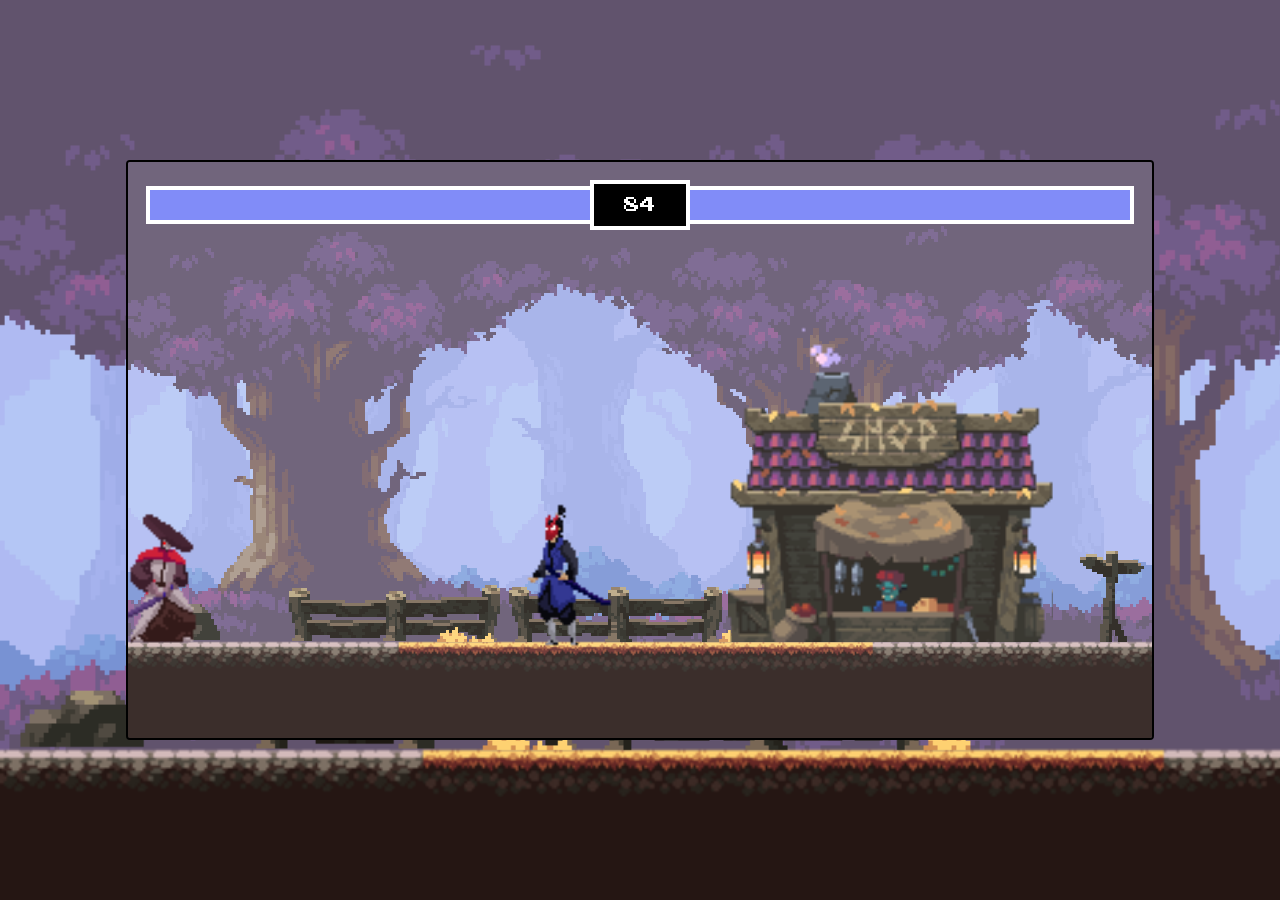
Repository: LuizAGDomingues/js-fighting-game
Page: index.html
The author's editor kept a copy of each file at every save. The page is drawn from the files as they stood at one save, then again after a run of saves.
The browser window is 1280 px wide. The pictures show the whole page.

Above is the page before, as saved 2022-12-24 13:17:45.

### index.html
<!DOCTYPE html>
<html lang="en">
  <head>
    <meta charset="UTF-8" />
    <link rel="icon" type="image/svg+xml" href="./images/Logo.jpg" />
    <link rel="preconnect" href="https://fonts.googleapis.com" />
    <link rel="preconnect" href="https://fonts.gstatic.com" crossorigin />
    <link href="https://fonts.googleapis.com/css2?family=Press+Start+2P&display=swap" rel="stylesheet" />
    <link href="./src/css/battle.css" rel="stylesheet" />
    <meta name="viewport" content="width=device-width, initial-scale=1.0" />
    <title>Figthing Game</title>
  </head>
  <body>
    <div class="content">
      <div class="life-bars">
        <!-- player health -->
        <div class="playerHealth-content">
          <div class="playerHealth-aux"></div>
          <div id="playerHealth" class="playerHealth-bar"></div>
        </div>
        <!-- timer -->
        <div id="timer" class="timer">10</div>
        <!-- enemy health -->
        <div class="enemyHealth-content">
          <div class="enemyHealth-aux"></div>
          <div id="enemyHealth" class="enemyHealth-bar"></div>
        </div>
      </div>
      <div id="displayText" class="result">Tie</div>
      <canvas style="border-radius: 4px; border: 2px solid black;"></canvas>
    </div>
    <script
      src="https://cdnjs.cloudflare.com/ajax/libs/gsap/3.11.3/gsap.min.js"
      integrity="sha512-gmwBmiTVER57N3jYS3LinA9eb8aHrJua5iQD7yqYCKa5x6Jjc7VDVaEA0je0Lu0bP9j7tEjV3+1qUm6loO99Kw=="
      crossorigin="anonymous"
      referrerpolicy="no-referrer"
    ></script>
    <script src="./src/utils.js"></script>
    <script src="./src/classes.js"></script>
    <script src="./src/main.js"></script>
  </body>
</html>

### src/css/battle.css
* {
  box-sizing: border-box;
  font-family: 'Press Start 2P', sans-serif;
}

body {
  width: 100%;
  height: 100%;
  display: flex;
  justify-content: center;
  margin: 10rem 0;
  overflow: hidden;
  background-image: url(../../images/background.png);
  background-repeat: no-repeat;
  background-size: cover;
}

.content {
  position: relative;
  display: inline-block;
}

.life-bars {
  position: absolute;
  display: flex;
  width: 100%;
  align-items: center;
  padding: 20px;
}

.playerHealth-content {
  position: relative;
  width: 100%;
  display: flex;
  justify-content: flex-end;
  border-top: 4px solid white;
  border-left: 4px solid white;
  border-bottom: 4px solid white;
}

.playerHealth-aux {
  background-color: red;
  height: 30px;
  width: 100%;
}

.playerHealth-bar {
  position: absolute;
  background: #818CF8;
  top: 0;
  right: 0;
  bottom: 0;
  width: 100%;
}

.timer {
  background-color: black;
  width: 100px;
  height: 50px;
  flex-shrink: 0;
  display: flex;
  align-items: center;
  justify-content: center;
  color: white;
  border: 4px solid white;
}

.enemyHealth-content {
  position: relative;
  width: 100%;
  border-top: 4px solid white;
  border-right: 4px solid white;
  border-bottom: 4px solid white;
}

.enemyHealth-aux {
  background-color: red;
  height: 30px;
}

.enemyHealth-bar {
  position: absolute;
  background: #818CF8;
  top: 0;
  right: 0;
  bottom: 0;
  left: 0;
}

.result {
  position: absolute;
  color: white;
  align-items: center;
  justify-content: center;
  top: 0;
  right: 0;
  bottom: 0;
  left: 0;
  display: none;
}

### src/utils.js
function rectangularCollision({ rectangle1, rectangle2 }) {
  return (
    rectangle1.attackBox.position.x + rectangle1.attackBox.width >= rectangle2.position.x
    && rectangle1.attackBox.position.x <= rectangle2.position.x + rectangle2.width
    && rectangle1.attackBox.position.y + rectangle1.attackBox.height >= rectangle2.position.y
    && rectangle1.attackBox.position.y <= rectangle2.position.y + rectangle2.height
  )
};

function determineWinner({player, enemy, timerId}) {
  clearTimeout(timerId)
  document.querySelector('#displayText').style.display = 'flex'
  if(player.health === enemy.health) {
    document.querySelector('#displayText').innerHTML = 'Tie'
  } else if (player.health > enemy.health) {
    document.querySelector('#displayText').innerHTML = 'Player 1 wins'
  } else if (player.health < enemy.health) {
    document.querySelector('#displayText').innerHTML = 'Player 2 wins'
  }
};

### src/classes.js
class Sprite {
  constructor({position, imageSrc, scale = { x: 1, y: 1 }, framesMax = 1, offset = { x: 0, y: 0 }}) {
    this.position = position
    this.image = new Image()
    this.image.src = imageSrc
    this.scale = scale
    this.framesMax = framesMax
    this.framesCurrent = 0
    this.framesElapsed = 0
    this.framesHold = 5
    this.offset = offset
  }

  draw() {
    c.drawImage(
      this.image,
      this.framesCurrent * (this.image.width / this.framesMax),
      0,
      this.image.width / this.framesMax,
      this.image.height,
      this.position.x - this.offset.x,
      this.position.y - this.offset.y,
      (this.image.width / this.framesMax) * this.scale.x,
      this.image.height * this.scale.y
    )
  }

  animateFrames() {
    this.framesElapsed++
    if(this.framesElapsed % this.framesHold === 0) {
      if(this.framesCurrent < this.framesMax - 1) {
        this.framesCurrent++
      } else {
        this.framesCurrent = 0
      }
    }
  }

  update() {
    this.draw()
    this.animateFrames()
  }
}

class Fighter extends Sprite {
  constructor({
    position,
    velocity,
    color = 'red',
    imageSrc,
    scale = { x: 1, y: 1 },
    framesMax = 1,
    offset = { x: 0, y: 0 },
    sprites,
    attackBox = { offset: {}, width: undefined, height: undefined }
  }) {
    super({
      position,
      imageSrc,
      scale,
      framesMax,
      offset
    })

    this.velocity = velocity
    this.width = 50
    this.height = 150
    this.lastKey
    this.attackBox = {
      position: {
        x: this.position.x,
        y: this.position.y
      },
      offset: attackBox.offset,
      width: attackBox.width,
      height: attackBox.height
    }
    this.color = color
    this.isAttacking
    this.isFacingRight = false
    this.health = 100
    this.framesCurrent = 0
    this.framesElapsed = 0
    this.framesHold = 5
    this.sprites = sprites
    this.dead = false

    for (const sprite in this.sprites) {
      sprites[sprite].image = new Image()
      sprites[sprite].image.src = sprites[sprite].imageSrc
    }
  }

  update() {
    this.draw()
    if(!this.dead) this.animateFrames()

    this.attackBox.position.x = this.position.x + this.attackBox.offset.x
    this.attackBox.position.y = this.position.y + this.attackBox.offset.y

    // Draw the attack box
    //c.fillRect(this.attackBox.position.x, this.attackBox.position.y, this.attackBox.size.width, this.attackBox.height)

    this.position.x += this.velocity.x
    this.position.y += this.velocity.y

    // gravity function
    if(this.position.y + this.height + this.velocity.y >= canvas.height - 96) {
      this.velocity.y = 0
      this.position.y = 330
    } else this.velocity.y += gravity

  }

  attack() {
    if(this.image === this.sprites.takeHit.image || this.image === this.sprites.death.image) {
      return
    } else {
      this.switchSprite('attack1')
      this.isAttacking = true
    }
  }

  takeHit() {
    this.health -= 20
    if(this.health <= 0) {
      this.switchSprite('death')
    } else {
      this.switchSprite('takeHit')
    }
  }

  switchSprite(sprite) {
    if(this.image === this.sprites.death.image) {
      if(this.framesCurrent === this.sprites.death.framesMax - 1)
        this.dead = true
      return
    }
    // overriding all other animations with the attack animation
    if(
      this.image === this.sprites.attack1.image &&
      this.framesCurrent < this.sprites.attack1.framesMax - 1
    ) return
    // overriding when figther gets hit
    if(
      this.image === this.sprites.takeHit.image &&
      this.framesCurrent < this.sprites.takeHit.framesMax - 1
    ) return

    switch(sprite) {
      case 'idle':
        if(this.image !== this.sprites.idle.image) {
          this.image = this.sprites.idle.image
          this.framesMax = this.sprites.idle.framesMax
          this.framesCurrent = 0
        }
        break
      case 'run':
        if(this.image !== this.sprites.run.image) {
          this.image = this.sprites.run.image
          this.framesMax = this.sprites.run.framesMax
          this.framesCurrent = 0
        }
        break
      case 'jump':
        if(this.image !== this.sprites.jump.image) {
          this.image = this.sprites.jump.image
          this.framesMax = this.sprites.jump.framesMax
          this.framesCurrent = 0
        }
        break
      case 'fall':
        if(this.image !== this.sprites.fall.image) {
          this.image = this.sprites.fall.image
          this.framesMax = this.sprites.fall.framesMax
          this.framesCurrent = 0
        }
        break
      case 'attack1':
        if(this.image !== this.sprites.attack1.image) {
          this.image = this.sprites.attack1.image
          this.framesMax = this.sprites.attack1.framesMax
          this.framesCurrent = 0
        }
        break
      case 'takeHit':
        if(this.image !== this.sprites.takeHit.image) {
          this.image = this.sprites.takeHit.image
          this.framesMax = this.sprites.takeHit.framesMax
          this.framesCurrent = 0
        }
        break
      case 'death':
        if(this.image !== this.sprites.death.image) {
          this.image = this.sprites.death.image
          this.framesMax = this.sprites.death.framesMax
          this.framesCurrent = 0
        }
        break
    }
  }
}

### src/main.js
const canvas = document.querySelector('canvas');
const c = canvas.getContext('2d');

canvas.width = 1024
canvas.height = 576

c.fillRect(0, 0, canvas.width, canvas.height)

const gravity = .7

var gameIsOver = false

const background = new Sprite({
  position: {
    x: 0,
    y: 0
  },
  imageSrc: '../images/background.png'
})

const shop = new Sprite({
  position: {
    x: 600,
    y: 128
  },
  imageSrc: '../images/shop.png',
  scale: {
    x: 2.75,
    y: 2.75
  },
  framesMax: 6
})

const player = new Fighter({
  position: {
    x: 0,
    y: 0
  },
  velocity: {
    x: 0,
    y: 0
  },
  offset: {
    x: 0,
    y: 0
  },
  imageSrc: '../images/samuraiMack/Idle.png',
  framesMax: 8,
  scale: {
    x: 2.5,
    y: 2.5
  },
  offset: {
    x: 215,
    y: 155
  },
  sprites: {
    idle: {
      imageSrc: '../images/samuraiMack/Idle.png',
      framesMax: 8
    },
    run: {
      imageSrc: '../images/samuraiMack/Run.png',
      framesMax: 8
    },
    jump: {
      imageSrc: '../images/samuraiMack/Jump.png',
      framesMax: 2
    },
    fall: {
      imageSrc: '../images/samuraiMack/Fall.png',
      framesMax: 2
    },
    attack1: {
      imageSrc: '../images/samuraiMack/Attack1.png',
      framesMax: 6
    },
    takeHit: {
      imageSrc: '../images/samuraiMack/Take Hit.png',
      framesMax: 4
    },
    death: {
      imageSrc: '../images/samuraiMack/Death.png',
      framesMax: 6
    }
  },
  attackBox: {
    offset: {
      x: 100,
      y: 50
    },
    width: 140,
    height: 50
  }
})

const enemy = new Fighter({
  position: {
    x: 400,
    y: 100
  },
  velocity: {
    x: 0,
    y: 0
  },
  color: 'blue',
  offset: {
    x: -50,
    y: 0
  },
  imageSrc: '../images/kenji/Idle.png',
  framesMax: 4,
  scale: {
    x: 2.5,
    y: 2.5
  },
  offset: {
    x: 215,
    y: 167
  },
  sprites: {
    idle: {
      imageSrc: '../images/kenji/Idle.png',
      framesMax: 4
    },
    run: {
      imageSrc: '../images/kenji/Run.png',
      framesMax: 8
    },
    jump: {
      imageSrc: '../images/kenji/Jump.png',
      framesMax: 2
    },
    fall: {
      imageSrc: '../images/kenji/Fall.png',
      framesMax: 2
    },
    attack1: {
      imageSrc: '../images/kenji/Attack1.png',
      framesMax: 4
    },
    takeHit: {
      imageSrc: '../images/kenji/Take hit.png',
      framesMax: 3
    },
    death: {
      imageSrc: '../images/kenji/Death.png',
      framesMax: 7
    }
  },
  attackBox: {
    offset: {
      x: -170,
      y: 50
    },
    width: 170,
    height: 50
  }
})

const keys = {
  a: {
    pressed: false
  },
  d: {
    pressed: false
  },
  ArrowRight: {
    pressed: false
  },
  ArrowLeft: {
    pressed: false
  }
}

// Timer actions
let timer = 90
let timerId
function decreaseTimer() {
  if(timer > 0) {
    timerId = setTimeout(decreaseTimer, 1000)
    timer--
    document.querySelector('#timer').innerHTML = timer
  }
  if(timer === 0) {
    determineWinner({player, enemy, timerId})
    gameIsOver = true
  }
};
decreaseTimer();

function animate() {
  window.requestAnimationFrame(animate)
  c.fillStyle = 'black'
  c.fillRect(0, 0, canvas.width, canvas.height)
  background.update()
  shop.update()
  c.fillStyle = 'rgba(255, 255, 255, 0.1)'
  c.fillRect(0, 0, canvas.width, canvas.height)
  player.update()
  enemy.update()

  player.velocity.x = 0
  enemy.velocity.x = 0

  // player movement
  if(keys.a.pressed && player.lastKey === 'a' && player.position.x >= 0 && player.image != player.sprites.attack1.image) {
    player.velocity.x = -5
    player.switchSprite('run')
  } else if(keys.d.pressed && player.lastKey === 'd' && player.position.x <= canvas.width - 60 && player.image != player.sprites.attack1.image) {
    player.velocity.x = 5
    player.switchSprite('run')
  } else {
    player.switchSprite('idle')
  }
  // player jumping
  if(player.velocity.y < 0) {
    player.switchSprite('jump')
  } else if(player.velocity.y > 0) {
    player.switchSprite('fall')
  }

  // enemy movement
  if(keys.ArrowLeft.pressed && enemy.lastKey === 'ArrowLeft' && enemy.position.x >= 0) {
    enemy.velocity.x = -5
    enemy.switchSprite('run')
  } else if(keys.ArrowRight.pressed && enemy.lastKey === 'ArrowRight' && enemy.position.x <= canvas.width - 50) {
    enemy.velocity.x = 5
    enemy.switchSprite('run')
  } else {
    enemy.switchSprite('idle')
  }
  // enemy jumping
  if(enemy.velocity.y < 0) {
    enemy.switchSprite('jump')
  } else if(enemy.velocity.y > 0) {
    enemy.switchSprite('fall')
  }

  // detect for collision & enemy is hit
  if(rectangularCollision({rectangle1: player, rectangle2: enemy}) && player.isAttacking && player.framesCurrent === 4) {
    enemy.takeHit()
    player.isAttacking = false
    gsap.to('#enemyHealth', {
      width: enemy.health + '%'
    })
  }

  //if player misses enemy
  if(player.isAttacking && player.framesCurrent === 4) {
    player.isAttacking = false
  }

  // detect for collision & player is hit
  if(rectangularCollision({rectangle1: enemy, rectangle2: player}) && enemy.isAttacking && enemy.framesCurrent === 2) {
    player.takeHit()
    enemy.isAttacking = false
    gsap.to('#playerHealth', {
      width: player.health + '%'
    })
  }

  //if enemy misses enemy
  if(enemy.isAttacking && enemy.framesCurrent === 2) {
    enemy.isAttacking = false
  }

  // end game base on health
  if(enemy.health <= 0 || player.health <= 0){
    determineWinner({player, enemy, timerId})
    gameIsOver = true
  }
}
animate()

window.addEventListener('keydown', (event) => {
  if(!player.dead && !gameIsOver) {
    switch (event.key) {
      case 'd':
        keys.d.pressed = true
        player.lastKey = 'd'
        break
      case 'a':
        keys.a.pressed = true
        player.lastKey = 'a'
        break
      case 'w':
        if(player.image === player.sprites.jump.image || player.image === player.sprites.fall.image) {
          break
        }
        player.velocity.y = -20
        break
      case ' ':
        player.attack()
        break
    }
  }
  if(!enemy.dead && !gameIsOver) {
    switch (event.key) {
      case 'ArrowRight':
        keys.ArrowRight.pressed = true
        enemy.lastKey = 'ArrowRight'
        break
      case 'ArrowLeft':
        keys.ArrowLeft.pressed = true
        enemy.lastKey = 'ArrowLeft'
        break
      case 'ArrowUp':
        if(enemy.image === enemy.sprites.jump.image || enemy.image === enemy.sprites.fall.image) {
          break
        }
        enemy.velocity.y = -20
        break
      case 'ArrowDown':
        enemy.attack()
        break
    }
  }
})

window.addEventListener('keyup', (event) => {
  switch (event.key) {
    case 'd':
      keys.d.pressed = false
      break
    case 'a':
      keys.a.pressed = false
      break

    case 'ArrowRight':
      keys.ArrowRight.pressed = false
      break
    case 'ArrowLeft':
      keys.ArrowLeft.pressed = false
      break
  }
})

After the next 3 saves:
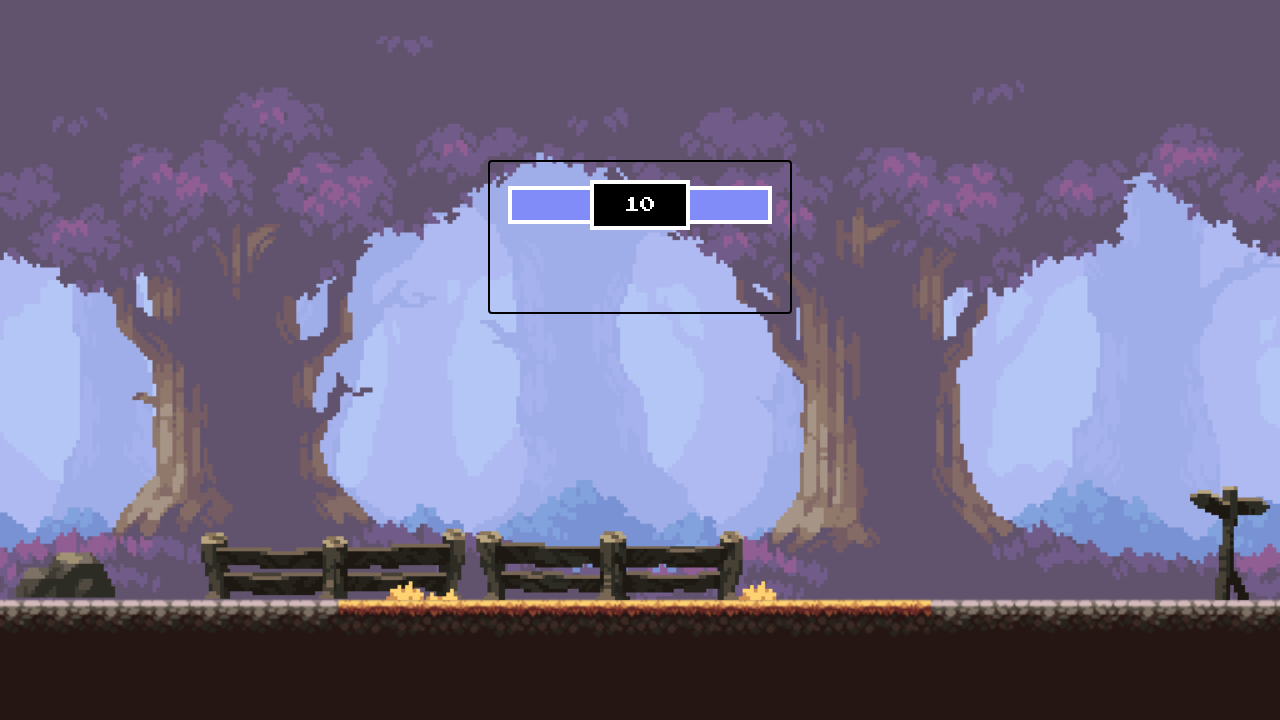
Console error: SyntaxError: Unexpected token ')'
The 3 saves are shown as one change because they came seconds apart.
The last was saved 50 s later.
--- a/src/main.js
+++ b/src/main.js
@@ -203,6 +203,8 @@
   player.velocity.x = 0
   enemy.velocity.x = 0
 
+  if(player.)
+
   // player movement
   if(keys.a.pressed && player.lastKey === 'a' && player.position.x >= 0 && player.image != player.sprites.attack1.image) {
     player.velocity.x = -5

After the save that followed:
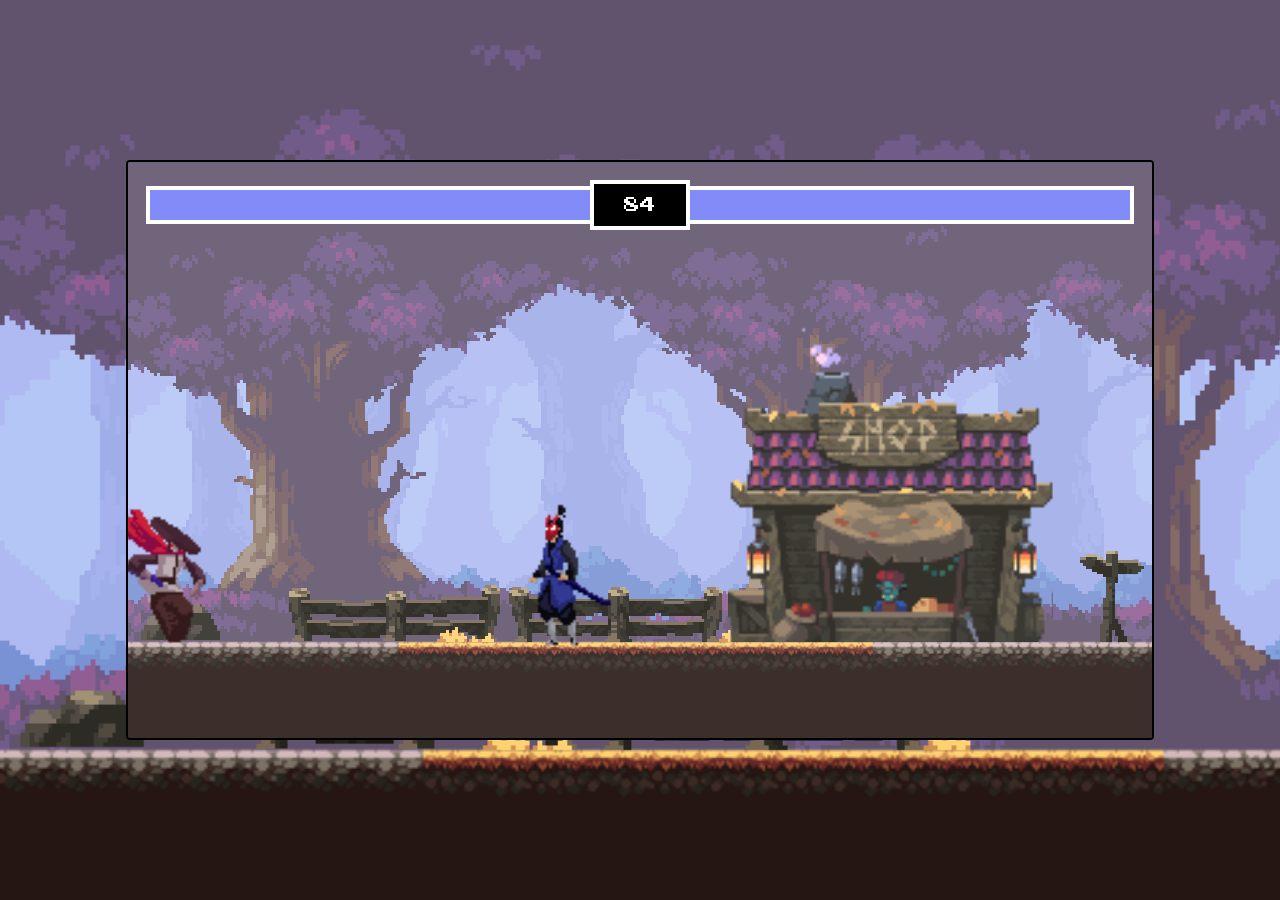
The error is gone.
Saved 4 s later.
--- a/src/main.js
+++ b/src/main.js
@@ -203,7 +203,7 @@
   player.velocity.x = 0
   enemy.velocity.x = 0
 
-  if(player.)
+  if(player.position.x )
 
   // player movement
   if(keys.a.pressed && player.lastKey === 'a' && player.position.x >= 0 && player.image != player.sprites.attack1.image) {
